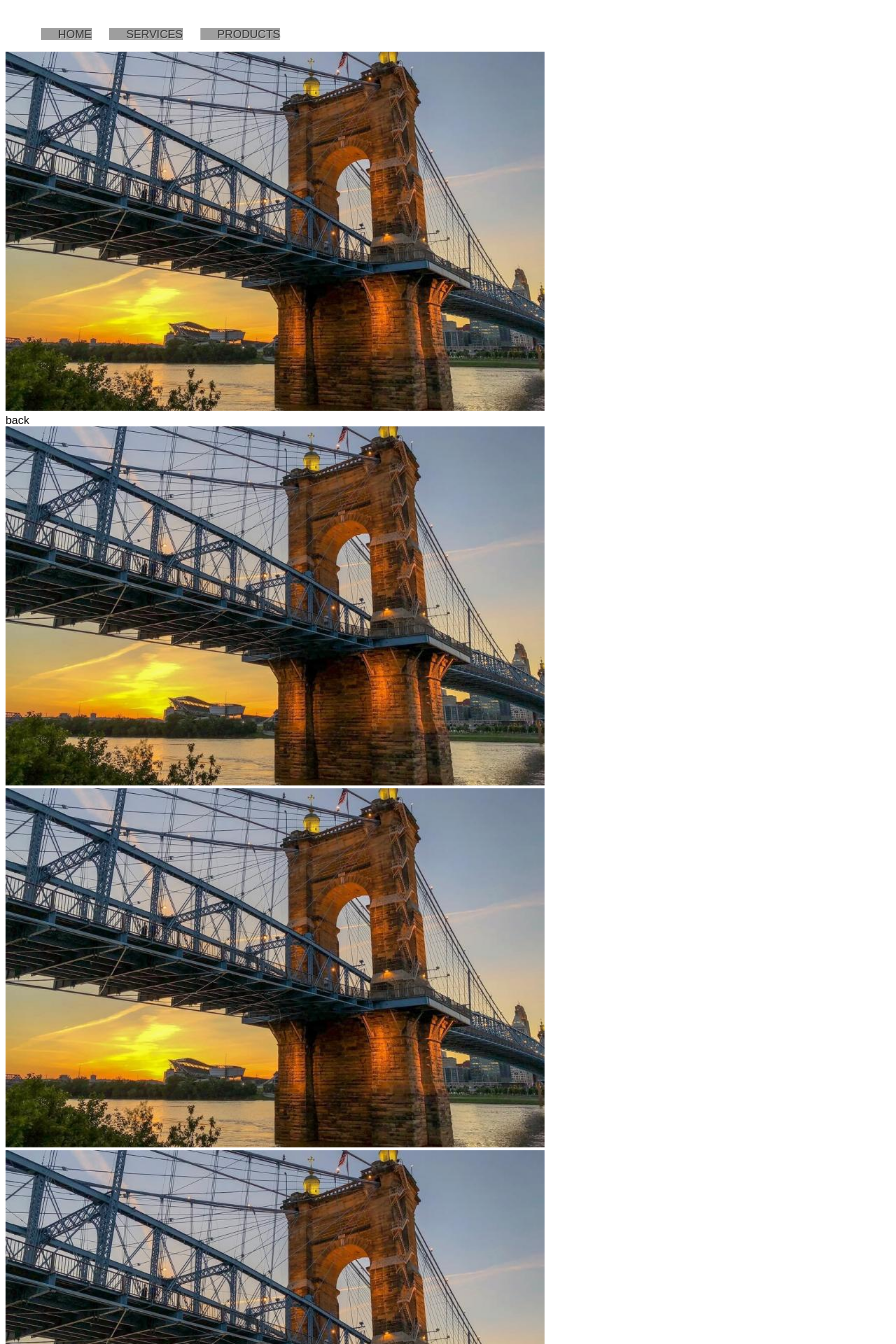
Repository: LtGriff/capstoneprogress
Page: index.html
The author's editor kept a copy of each file at every save. The page is drawn from the files as they stood at one save, then again after the next save.
The browser window is 1280 px wide. The pictures show the part of the page from y = 0 to 1920 px (the page is 6788 px tall before and 7050 px after), at 70% of full size.
Pictures or frames that could not be fetched are drawn as grey boxes.

Above is the page before, as saved 2022-06-06 03:08:18.

### index.html
<!DOCTYPE html>
<html lang="en">
<head>
     <meta charset="UTF-8">
     <meta http-equiv="X-UA-Compatible" content="IE=edge">
     <meta name="viewport" content="width=device-width, initial-scale=1.0">
     <title>Document</title>
     <link rel="stylesheet" href="style.css">
</head>
<body>


     </html><nav id="main-menu">
     <ul class="nav-bar">
          <li class="nav-button-home"><a href="#">Home</a></li>
          <li class="nav-button-services"><a href="#">Services</a></li>
          <li class="nav-button-products"><a href="#">Products</a></li>
     </ul>
</nav>


<section class="gallery">

               <div class="picture">
                    <img src="img/bridge.jpg" alt="bridge">
               </div>
               <div class="flip2__face flip2__face--back">back

               </div>





               <!--IM MF LOST BOI-->





               <div class="picture">
                    <img src="img/bridge.jpg" alt="bridge">


               </div>

               <div class="picture">
                    <img src="img/bridge.jpg" alt="bridge">


               </div>

               <div class="picture">
                    <img src="img/bridge.jpg" alt="bridge">


               </div>


               <div class="picture">
                    <img src="img/bridge.jpg" alt="bridge">


               </div>

               <div class="picture">
                    <img src="img/bridge.jpg" alt="bridge">


               </div>

               <div class="picture">
                    <img src="img/bridge.jpg" alt="bridge">


               </div>

               <div class="picture">
                    <img src="img/bridge.jpg" alt="bridge">


               </div>
</section>





<section class="gallerytwo">


                    <div class="city">
                         <h1>Showing You Cincinnati</h1>
                    </div>



     <div class="picture">
          <img src="img/bridge.jpg" alt="bridge">



     </div>

     <div class="picture">
          <img src="img/bridge.jpg" alt="bridge">


     </div>

     <div class="picture">
          <img src="img/bridge.jpg" alt="bridge">


     </div>

     <div class="picture">
          <img src="img/bridge.jpg" alt="bridge">


     </div>


     <div class="picture">
          <img src="img/bridge.jpg" alt="bridge">


     </div>

     <div class="picture">
          <img src="img/bridge.jpg" alt="bridge">


     </div>
</section>


</body>

### style.css
body { font-family: sans-serif; }

#main-menu .nav-bar { list-style:none; margin-top: 40px; }
#main-menu .nav-bar li { display:inline; padding:0 10px; }

#main-menu .nav-bar li a {
  text-decoration: none;
  padding-left: 25px;
  text-transform: uppercase;
  color: #333;
	text-shadow: 1px 1px 1px #ccc;
}

.nav-bar .nav-button-home a { background:url("https://www.cheesetoast.co.uk/cheesepress/wp-content/uploads/2012/08/home.gif") no-repeat 0px -2px transparent; }

.nav-bar .nav-button-services a { background:url("https://www.cheesetoast.co.uk/cheesepress/wp-content/uploads/2012/08/services.gif") no-repeat 0px -2px transparent; }

.nav-bar .nav-button-products a { background:url("https://www.cheesetoast.co.uk/cheesepress/wp-content/uploads/2012/08/products.gif") no-repeat 0px -2px transparent; }




.card{
  display: flex;
  flex-direction: row;
  flex-wrap: wrap;
  /* justify-content: space-between; */
  background-color: beige;
  height: 100%;
  padding-left: 100px;
  padding-bottom: 100px;
  padding-top: 100px;
  padding-right: 100px;
}

.card .picture{
  margin-left: 10px;
  margin-right: 10px;
  margin-top: 10px;

  /* TEST */

}


.card .picture img{
  width: 500px;
  height: 300px;
  box-shadow: 0px 0px 32px -1px rgba(0, 0, 0, 0.9);
}





























/* Gallery two */


.gallerytwo{
  display: flex;
  flex-direction: row;
  flex-wrap: wrap;
  justify-content: space-between;
  background-color: rgb(52, 52, 43);
  height: 100%;
  padding: 0px 200px;
}

.gallerytwo .picture{
  margin: 50px;
}

.gallerytwo .picture img{
  width: 500px;
  height: 300px;
  box-shadow: 0px 0px 32px -1px rgba(0, 0, 0, 0.9);
}

.city{
  width: 100%;
  text-align: center;
  color: white;
  font-size: 30px;
  font-family: cursive;

}

After the next save:
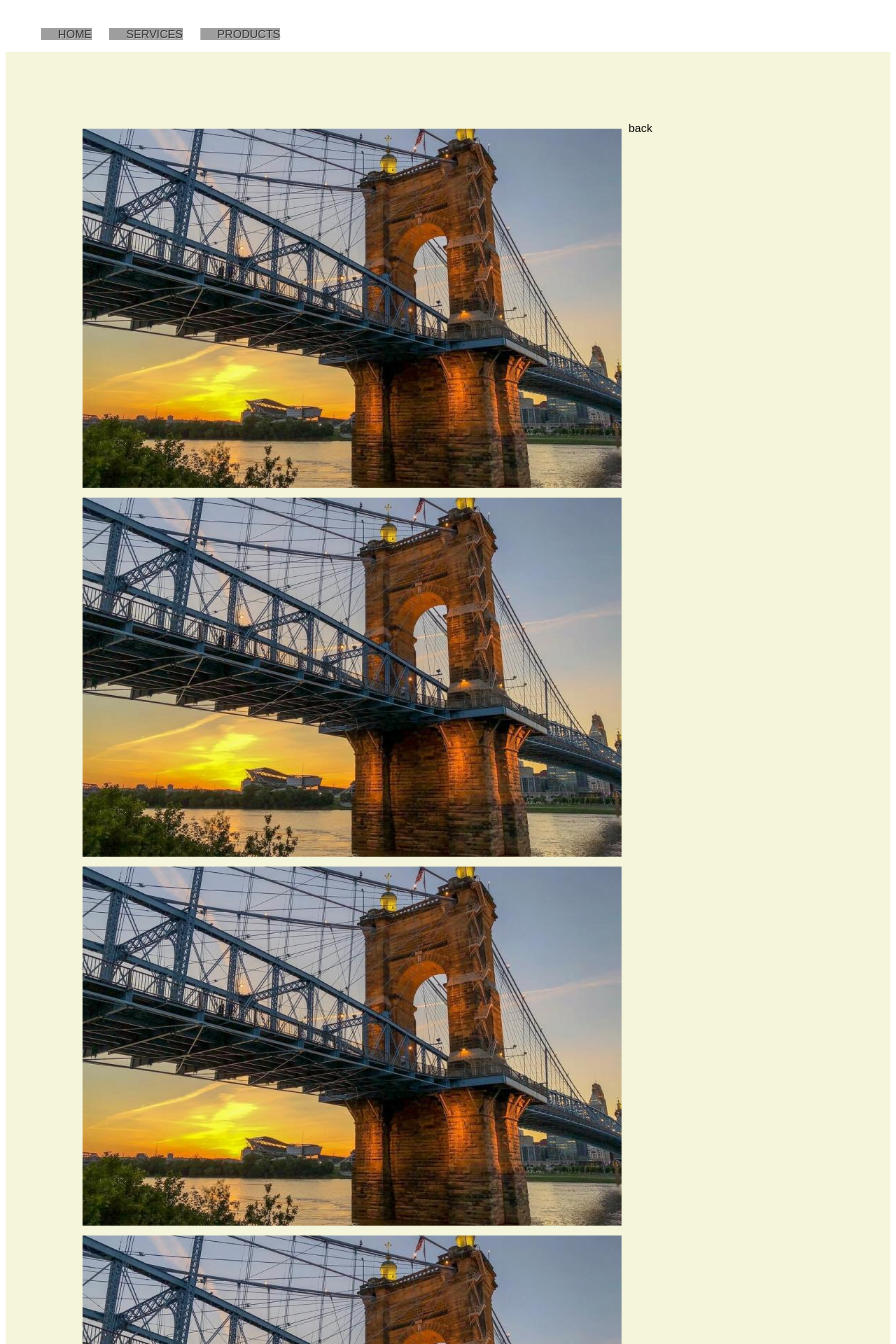
Saved 32 s later.
--- a/style.css
+++ b/style.css
@@ -20,7 +20,7 @@ body { font-family: sans-serif; }
 
 
 
-.card{
+.gallery{
   display: flex;
   flex-direction: row;
   flex-wrap: wrap;
@@ -33,7 +33,7 @@ body { font-family: sans-serif; }
   padding-right: 100px;
 }
 
-.card .picture{
+.gallery .picture{
   margin-left: 10px;
   margin-right: 10px;
   margin-top: 10px;
@@ -43,7 +43,7 @@ body { font-family: sans-serif; }
 }
 
 
-.card .picture img{
+.cgallery .picture img{
   width: 500px;
   height: 300px;
   box-shadow: 0px 0px 32px -1px rgba(0, 0, 0, 0.9);
